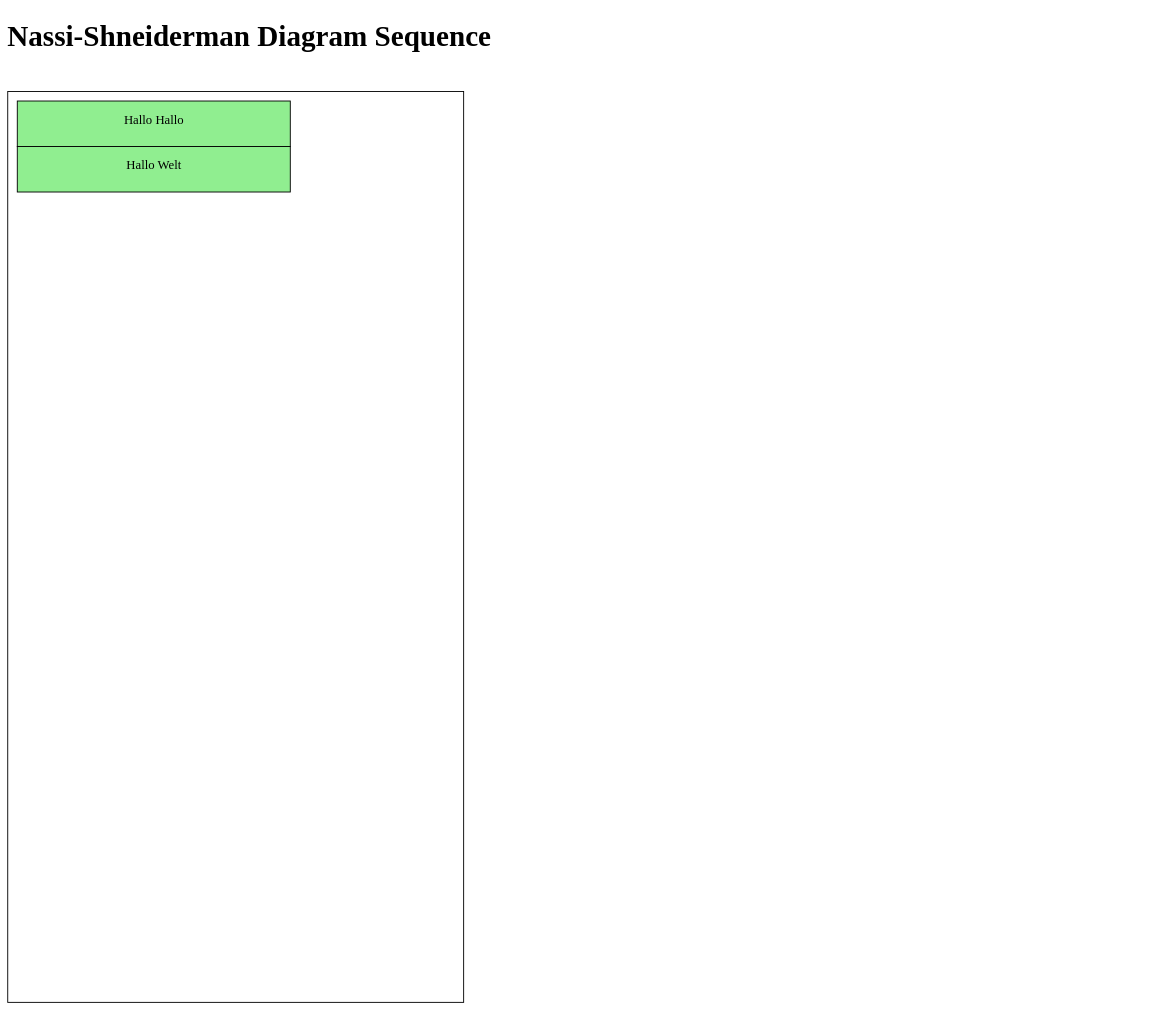
Repository: fabsch225/Nassi-Shneiderman-Compiler
Page: demo.html
The author's editor kept a copy of each file at every save. The page is drawn from the files as they stood at one save, then again after the next save.
The browser window is 1280 px wide. The pictures show the whole page, at 91% of full size.

Above is the page before, as saved 2024-05-15 21:39:01.

After the next save:
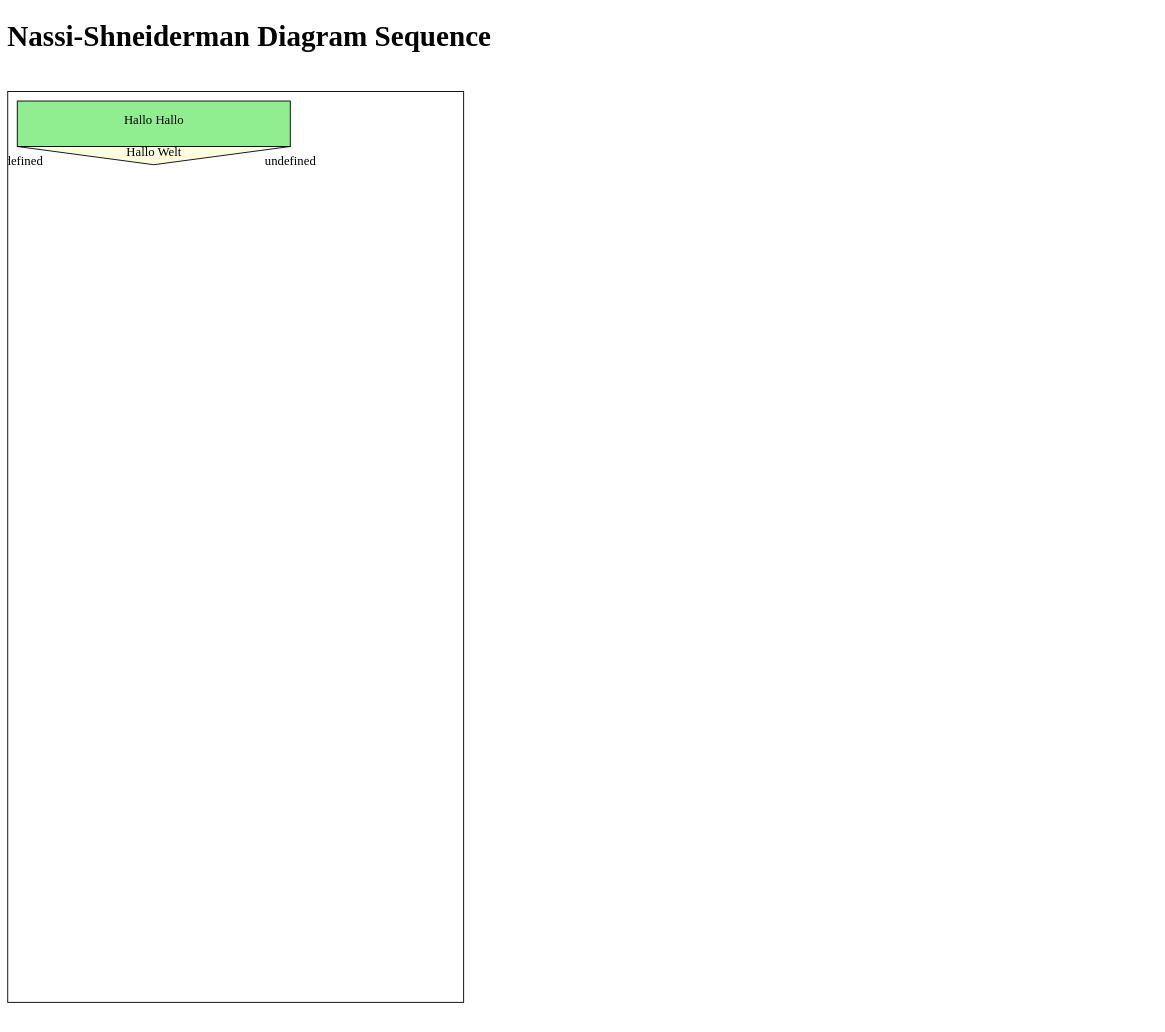
Saved 18 s later.
--- a/demo.html
+++ b/demo.html
@@ -20,7 +20,7 @@
 <script>
     var svgContainer = document.getElementById('canvas');
     svgContainer.innerHTML += createSequenceBlock(10, 10, 300, 50, "Hallo Hallo").svgAppendix;
-    svgContainer.innerHTML += createSequenceBlock(10, 60, 300, 50, "Hallo Welt").svgAppendix;
+    svgContainer.innerHTML += createDecisionBlock(10, 60, 300, 50, "Hallo Welt").svgAppendix;
 </script>
 </body>
 </html>
